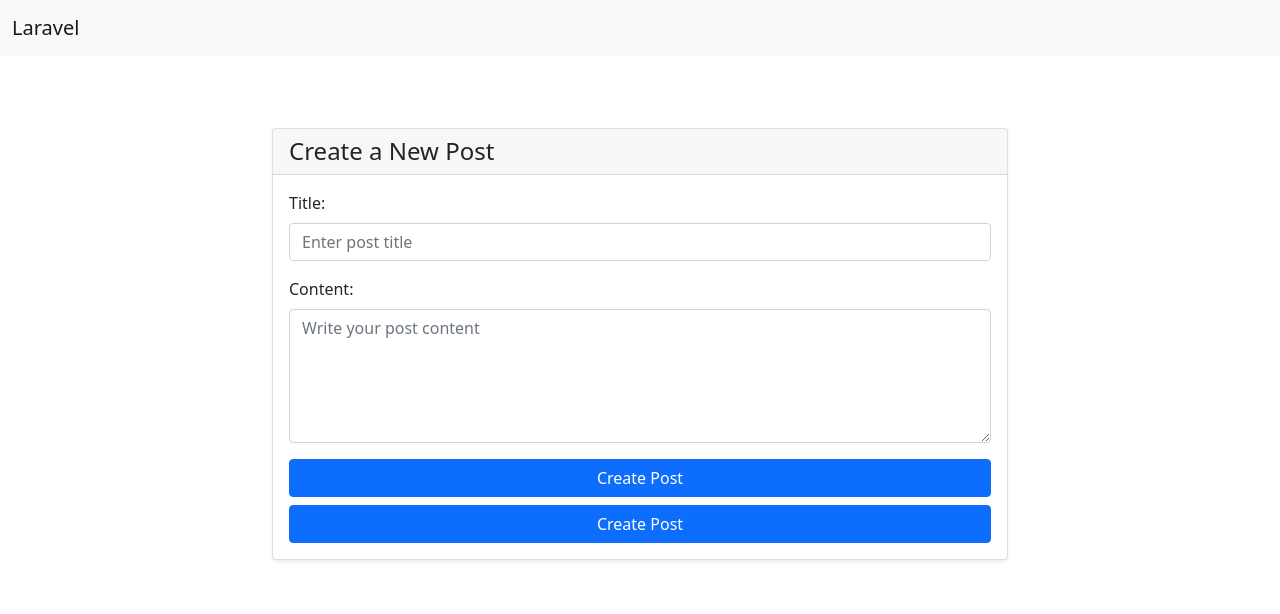
Repository: Abdulahi338/Authentication-using-laravel-11
Page: http://localhost/posts/create
These files come from the project's save history. The page is drawn as it stood at one moment and after the next save; the edit follows.
The browser window is 1280 px wide. The pictures show the whole page.
The page is served by the project's Laravel application, run on PHP 8.4 with Laravel 12. A made-up administrator, Test User (test@example.com), is signed in. Other server files are loaded and not shown.

Above is the page before, as saved 2024-10-16 11:00:18.

### routes/web.php
<?php


use Illuminate\Support\Facades\Route;
use App\Http\Controllers\AuthController;
use Illuminate\Support\Facades\Auth;

// Guest routes (not logged in)
Route::middleware('guest')->group(function () {
    // Home route
    Route::get('/', function () {
        return view('layouts.app');
    })->name('home');

    // Registration routes
    Route::get('/register', function () {
        return view('auth.register');
    })->name('register.form');

    Route::post('/register', [AuthController::class, 'register'])->name('register');

    // Login routes
    Route::get('/login', function () {
        return view('auth.login');
    })->name('login.form');

    Route::post('/login', [AuthController::class, 'login'])->name('login');

    // Password reset request routes
    Route::get('/password/reset', [AuthController::class, 'showResetRequestForm'])->name('password.request');
    Route::post('/password/email', [AuthController::class, 'sendResetLinkEmail'])->name('password.email');

    // Password reset routes
    Route::get('/password/reset/{token}/{email}', [AuthController::class, 'showResetForm'])->name('password.reset');
    Route::post('/password/reset', [AuthController::class, 'reset'])->name('password.update');
    Route::get('/verify-email/{token}', [AuthController::class, 'verifyEmail'])->name('verification.verify');



});

// Authenticated routes (users who are logged in)
Route::middleware('auth')->group(function () {
     // Email verification route

    // Verification notice route
    Route::get('/verification-notice', function () {
        return view('auth.verification-notice');
    })->name('verification.notice');
        // Resend verification route
        Route::post('/resend-verification', [AuthController::class, 'resendVerification'])->name('verification.resend');
    // Dashboard route
    Route::get('/dashboard', [AuthController::class, 'dashboard'])->name('dashboard');

    // Logout route
    Route::post('/logout', [AuthController::class, 'logout'])->name('logout');

});


use App\Http\Controllers\PostController;

Route::middleware(['auth', 'verified'])->group(function () {
    Route::get('/posts', [PostController::class, 'index'])->name('posts.index');
    Route::get('/posts/create', [PostController::class, 'create'])->name('posts.create');
    Route::post('/posts', [PostController::class, 'store'])->name('posts.store');
    Route::get('/posts/{post}/edit', [PostController::class, 'edit'])->name('posts.edit');
    Route::put('/posts/{post}', [PostController::class, 'update'])->name('posts.update');
    Route::delete('/posts/{post}', [PostController::class, 'destroy'])->name('posts.destroy');
});

### app/Models/User.php
<?php

namespace App\Models;

// use Illuminate\Contracts\Auth\MustVerifyEmail;
use Illuminate\Database\Eloquent\Factories\HasFactory;
use Illuminate\Foundation\Auth\User as Authenticatable;
use Illuminate\Notifications\Notifiable;

class User extends Authenticatable
{
    use HasFactory, Notifiable;

    /**
     * The attributes that are mass assignable.
     *
     * @var array<int, string>
     */
    // User.php
public function posts()
{
    return $this->hasMany(Post::class);
}


    protected $fillable = [
        'name',
        'email',
        'password',
    ];

    /**
     * The attributes that should be hidden for serialization.
     *
     * @var array<int, string>
     */
    protected $hidden = [
        'password',
        'remember_token',
    ];

    /**
     * Get the attributes that should be cast.
     *
     * @return array<string, string>
     */
    protected function casts(): array
    {
        return [
            'email_verified_at' => 'datetime',
            'password' => 'hashed',
        ];
    }
}

### app/Http/Controllers/PostController.php
<?php

namespace App\Http\Controllers;

use App\Models\Post;
use Illuminate\Http\Request;
use Illuminate\Support\Facades\Auth;
use Illuminate\Foundation\Auth\Access\AuthorizesRequests;

class PostController extends Controller
{
    // Use the AuthorizesRequests trait
    use AuthorizesRequests;

    // Display the user's posts
    public function index()
    {
        $posts = Auth::user()->posts;
        return view('posts.index', compact('posts'));
    }

    // Show the form to create a new post
    public function create()
    {
        return view('posts.create');
    }

    // Store a new post
    public function store(Request $request)
    {
        $request->validate([
            'title' => 'required|string|max:255',
            'content' => 'required',
        ]);

        Auth::user()->posts()->create([
            'title' => $request->title,
            'content' => $request->content,
        ]);

        return redirect()->route('posts.index')->with('success', 'Post created successfully.');
    }

    // Show the form to edit a post
    public function edit(Post $post)
    {
        // Authorization check
        $this->authorize('update', $post);
        return view('posts.edit', compact('post'));
    }

    // Update a post
    public function update(Request $request, Post $post)
    {
        // Authorization check
        $this->authorize('update', $post);

        $request->validate([
            'title' => 'required|string|max:255',
            'content' => 'required',
        ]);

        $post->update([
            'title' => $request->title,
            'content' => $request->content,
        ]);

        return redirect()->route('posts.index')->with('success', 'Post updated successfully.');
    }

    // Delete a post
    public function destroy(Post $post)
    {
        // Authorization check
        $this->authorize('delete', $post);
        $post->delete();

        return redirect()->route('posts.index')->with('success', 'Post deleted successfully.');
    }
}

### resources/views/posts/create.blade.php
<!-- resources/views/posts/create.blade.php -->

@extends('layouts.app')

@section('content')
<div class="container mt-5">
    <div class="row justify-content-center">
        <div class="col-md-8">
            <div class="card shadow-sm">
                <div class="card-header">
                    <h4 class="mb-0">Create a New Post</h4>
                </div>

                <div class="card-body">
                    @if ($errors->any())
                        <div class="alert alert-danger">
                            <ul class="mb-0">
                                @foreach ($errors->all() as $error)
                                    <li>{{ $error }}</li>
                                @endforeach
                            </ul>
                        </div>
                    @endif

                    <form action="{{ route('posts.store') }}" method="POST">
                        @csrf
                        <div class="mb-3">
                            <label for="title" class="form-label">Title:</label>
                            <input type="text" name="title" id="title" class="form-control" value="{{ old('title') }}" placeholder="Enter post title">
                        </div>

                        <div class="mb-3">
                            <label for="content" class="form-label">Content:</label>
                            <textarea name="content" id="content" class="form-control" rows="5" placeholder="Write your post content">{{ old('content') }}</textarea>
                        </div>

                        <div class="d-grid gap-2">
                            <button type="submit" class="btn btn-primary btn-block">Create Post</button>
                            <button type="submit" class="btn btn-primary btn-block">Create Post</button>
                        </div>
                    </form>
                </div>
            </div>
        </div>
    </div>
</div>
@endsection

### resources/views/layouts/app.blade.php
<!DOCTYPE html>
<html lang="en">
<head>
    <meta charset="UTF-8">
    <meta name="viewport" content="width=device-width, initial-scale=1.0">
    <title>{{ config('app.name', 'Laravel App') }}</title>
    <link href="https://cdn.jsdelivr.net/npm/bootstrap@5.1.3/dist/css/bootstrap.min.css" rel="stylesheet">
</head>
<body>
    <nav class="navbar navbar-expand-lg navbar-light bg-light">
        <div class="container-fluid">
            <a class="navbar-brand" href="{{ url('/') }}">{{ config('app.name', 'Laravel App') }}</a>
            <button class="navbar-toggler" type="button" data-bs-toggle="collapse" data-bs-target="#navbarNav" aria-controls="navbarNav" aria-expanded="false" aria-label="Toggle navigation">
                <span class="navbar-toggler-icon"></span>
            </button>
            <div class="collapse navbar-collapse" id="navbarNav">
                <ul class="navbar-nav ms-auto">
                    @guest
                        <li class="nav-item">
                            <a class="nav-link" href="{{ url('/login') }}">Login</a>
                        </li>
                        <li class="nav-item">
                            <a class="nav-link" href="{{ url('/register') }}">Register</a>
                        </li>
                    @endguest
                </ul>
            </div>
        </div>
    </nav>

    <div class="py-4">

        @yield('content')
    </div>

    <script src="https://cdn.jsdelivr.net/npm/bootstrap@5.1.3/dist/js/bootstrap.bundle.min.js"></script>
</body>
</html>

Loaded but not shown: app/Http/Controllers/Controller.php (common file)

After the next save:
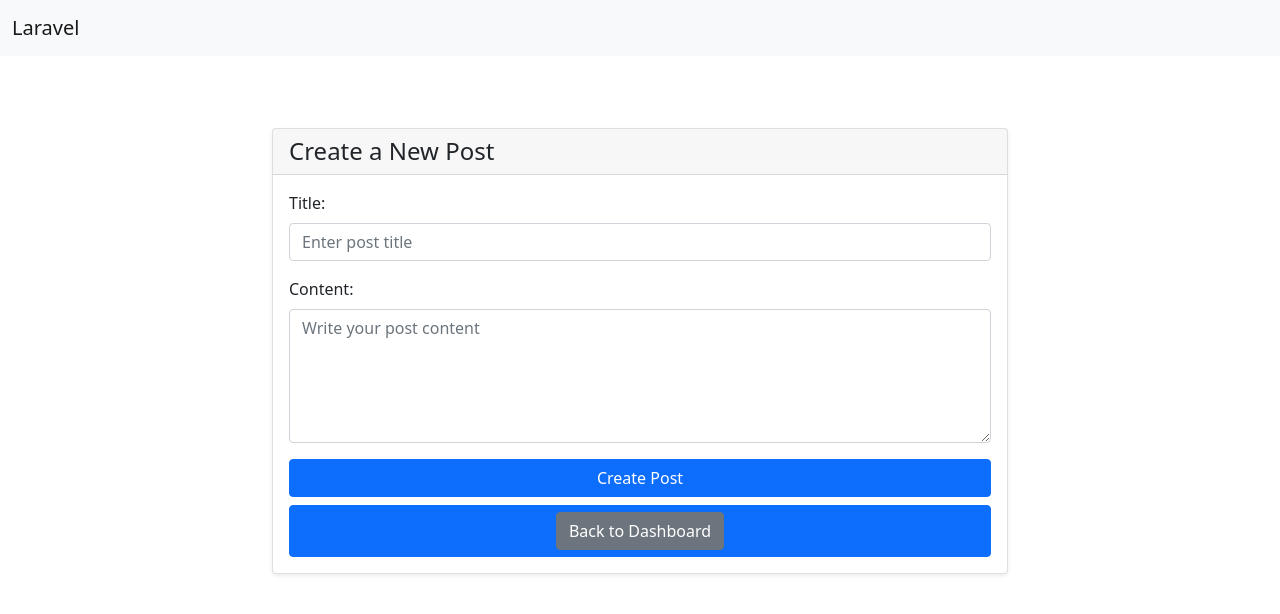
Saved 5 s later.
--- a/resources/views/posts/create.blade.php
+++ b/resources/views/posts/create.blade.php
@@ -36,7 +36,8 @@
 
                         <div class="d-grid gap-2">
                             <button type="submit" class="btn btn-primary btn-block">Create Post</button>
-                            <button type="submit" class="btn btn-primary btn-block">Create Post</button>
+                            <button type="submit" class="btn btn-primary btn-block"><a class="btn btn-secondary" href="{{ route('dashboard') }}">Back to Dashboard</a>
+                            </button>
                         </div>
                     </form>
                 </div>
